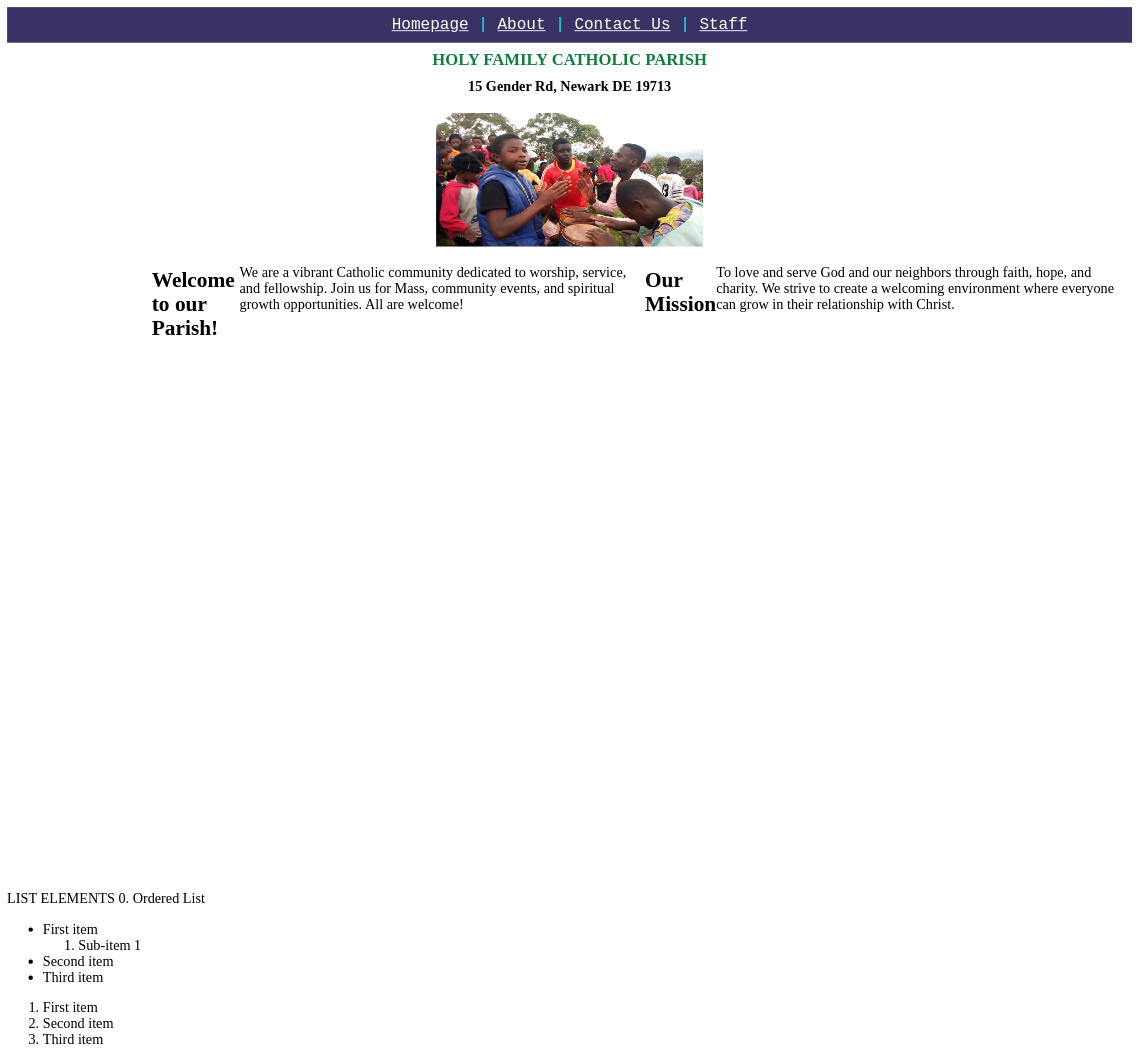
Repository: ficotims/HTML-RESTART
Page: Homepage.html
An editor plug-in stored every save of this project. The page is shown before and after the next save, followed by the edit.
The browser window is 1280 px wide. The pictures show the whole page, at 89% of full size.

Above is the page before, as saved 2026-02-10 18:00:21.

### Homepage.html
<!doctype html>
<html lang="en">
  <head>
    <meta charset="UTF-8" />
    <meta name="viewport" content="width=device-width, initial-scale=1.0" />
    <title>HTML Crash course with Iman Musa</title>
    <link rel="stylesheet" href="Style 1.css"/>
  </head>
  <body>

    <!-- NAVIGATION SECTION -->
        <div style="background-color: rgb(58, 49, 100); padding: 10px; text-align: center; color: aqua; font-size: 18px; font-family: monospace, Lemon milk;">
    <a href="Homepage.html" target="_top" style="color: white;">Homepage</a> |
    <a href="about.html" style="color: white;">About</a> | <a href="Contact us.html" style="color: white;">Contact Us</a> |
    <a href="staff.html" style="color: white;">Staff</a>
     </div>

 <div style="text-align: center;">
    <h3><span style="color: rgb(14, 126, 61);"><div style="line-height: 0;">HOLY FAMILY CATHOLIC PARISH</b></span></h3>
    <H4>15 Gender Rd, Newark DE 19713</H4>
    <img
        src="images/Acension.jpg"
        alt="Catholic Church Logo"
        width="300"
        height="150"
      />
      </div>

      <div class="container">
        <div class="profile-box"></div>
          <h2>Welcome to our Parish!</h2>
          <p>
            We are a vibrant Catholic community dedicated to worship, service, and fellowship. Join us for Mass, community events, and spiritual growth opportunities. All are welcome!
          </p>
          <h2>Our Mission</h2>
          <p>
            To love and serve God and our neighbors through faith, hope, and charity. We strive to create a welcoming environment where everyone can grow in their relationship with Christ.
          </p>
        </div>
      </div>

    <!-- this is LIST -->
<hi2>LIST ELEMENTS</h2>

    0. Ordered List

    <ul>
      <li>First item</li>
      <ol><li>Sub-item 1</li></ol>
      <li>Second item</li>
      <li>Third item</li>
    </ul>

    <ol>
      <li>First item</li>
      <li>Second item</li>
      <li>Third item</li>
    </ol>
  </body>
</html>

### Style 1.css
.body1 {
    color: rgb(255, 249, 249);
    background-color: rgb(92, 113, 206);
    border-radius: 50px;
    font-size: 25px;
}

.flyout {
    border: none;
    background-color: lightgreen;
    color: rgb(0, 0, 0);
    padding: 20px;
    margin: 15px;
    height: 250px;
    width: 200px;
}

{
    margin: 0px;
    padding: px;
    box-sizing: border-box;
    font-family: Arial, Helvetica, sans-serif;
}

.container {
    width: 100%;
    height: 100vh;
    background-size: cover;
    background-position: center;
    display: flex;
    aligh-items: center;
    justify-content: center;
}

.profile-box {
    background-color: rgb(255, 255, 255);
    text-align: center;
    border-radius: 50px;
    padding: 20px;
    width: 300px;
    height: 400px;
    display: flex;
    flex-direction: column;
    align-items: center;
}

After the next save:
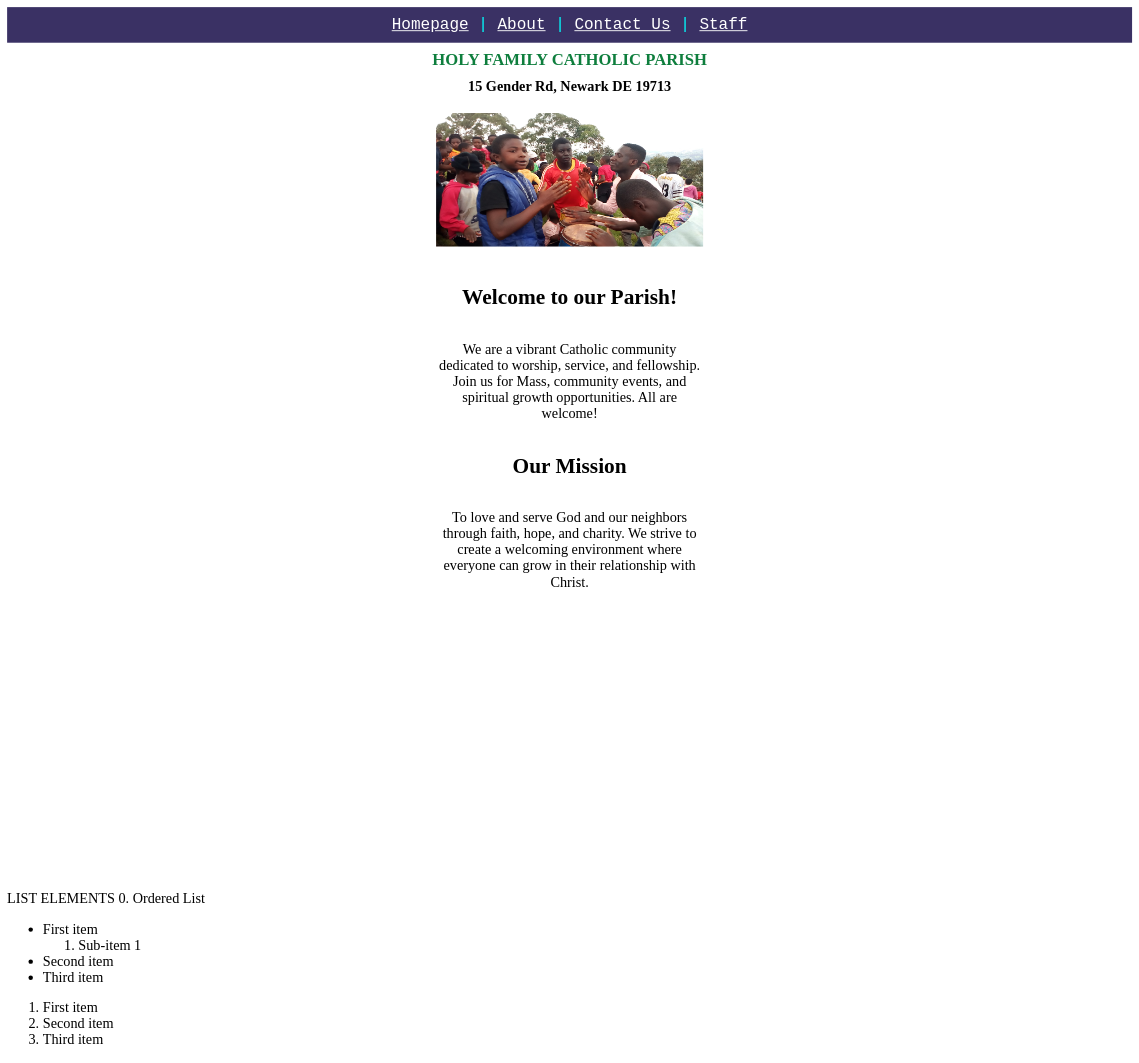
Saved 18 s later.
--- a/Homepage.html
+++ b/Homepage.html
@@ -27,7 +27,7 @@
       </div>
 
       <div class="container">
-        <div class="profile-box"></div>
+        <div class="profile-box">
           <h2>Welcome to our Parish!</h2>
           <p>
             We are a vibrant Catholic community dedicated to worship, service, and fellowship. Join us for Mass, community events, and spiritual growth opportunities. All are welcome!
@@ -35,7 +35,7 @@
           <h2>Our Mission</h2>
           <p>
             To love and serve God and our neighbors through faith, hope, and charity. We strive to create a welcoming environment where everyone can grow in their relationship with Christ.
-          </p>
+
         </div>
       </div>
 
